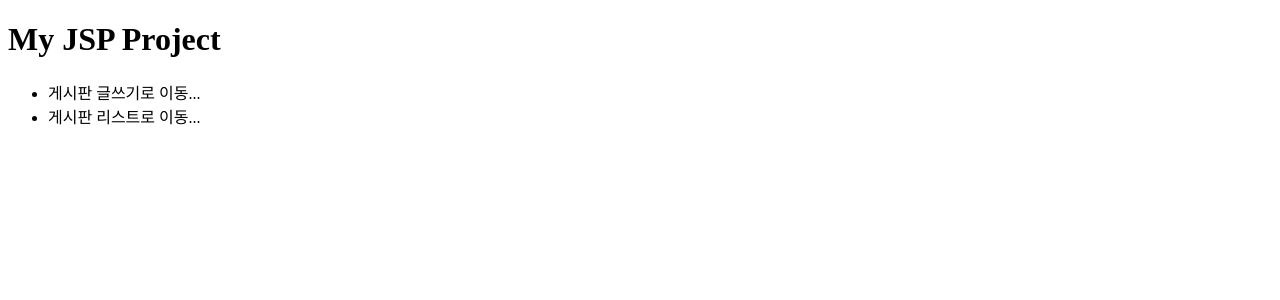
Repository: gatsby5959/_jsp_workspace_copy
Page: http://localhost/jsp_board/
These files come from the project's save history. The page is drawn as it stood at one moment and after the next save; the edit follows.
The browser window is 1280 px wide. The pictures show the whole page.
The page is served by Tomcat 9. Other server files are loaded and not shown.

Above is the page before, as saved 2023-09-04 11:17:50.

### jsp_board/src/main/webapp/index.jsp
<%@ page language="java" contentType="text/html; charset=UTF-8"
    pageEncoding="UTF-8"%>
<!DOCTYPE html>
<html>
<head>
<meta charset="UTF-8">
<title>Insert title here</title>
</head>
<body>
<h1>My JSP Project</h1>

<ul>
	<li>
		<a>게시판 글쓰기로 이동...</a>
	</li>
	<li>
		<a>게시판 리스트로 이동...</a>
	</li>
</ul>
</body>
</html>

After the next save:
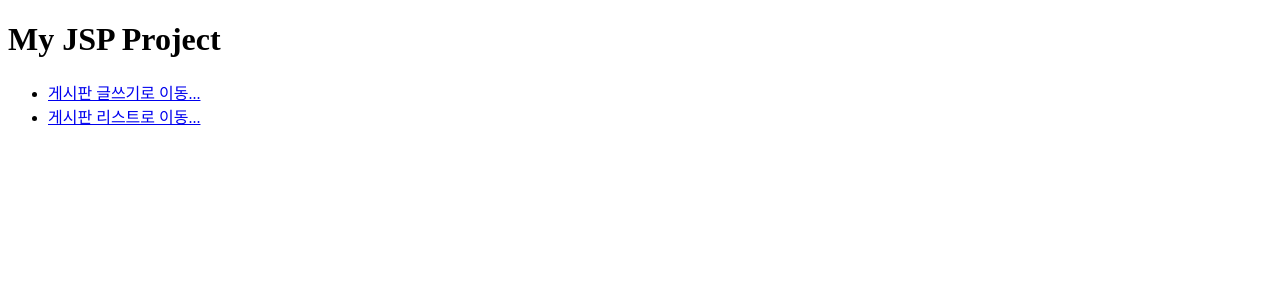
Saved 19 s later.
--- a/jsp_board/src/main/webapp/index.jsp
+++ b/jsp_board/src/main/webapp/index.jsp
@@ -11,10 +11,10 @@
 
 <ul>
 	<li>
-		<a>게시판 글쓰기로 이동...</a>
+		<a href="#">게시판 글쓰기로 이동...</a>
 	</li>
 	<li>
-		<a>게시판 리스트로 이동...</a>
+		<a href="#">게시판 리스트로 이동...</a>
 	</li>
 </ul>
 </body>
